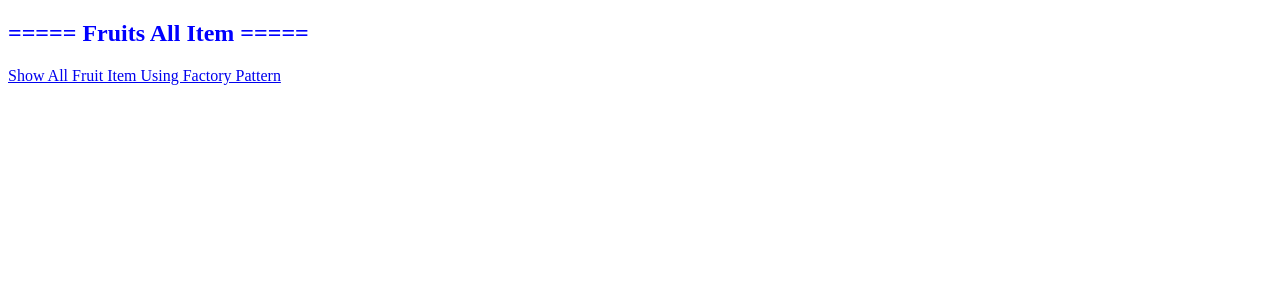
Repository: BaekDoHyeon/Kosta_04_FrontStudy
Page: http://localhost/workshop11/
These files come from the project's save history. The page is drawn as it stood at one moment and after the next save; the edit follows.
The browser window is 1280 px wide. The pictures show the whole page.
The page is served by Tomcat 9.

Above is the page before, as saved 2024-09-05 06:47:48.

After the next save:
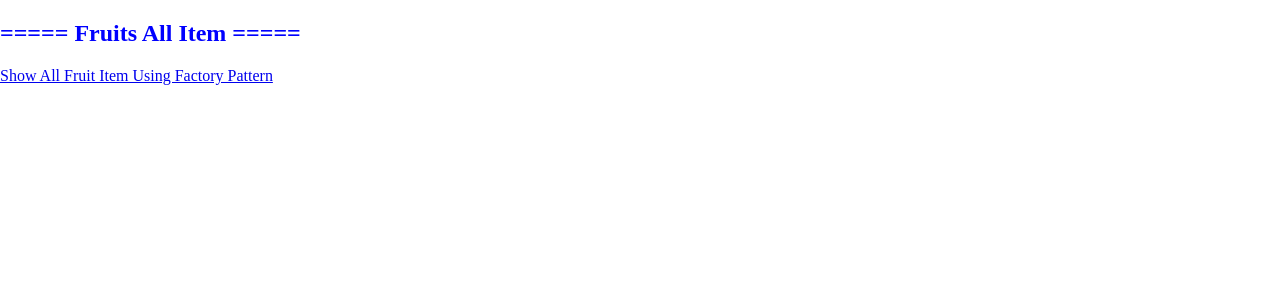
Saved 32 s later.
--- a/work05_BackEnd/workshop11/src/main/webapp/index.jsp
+++ b/work05_BackEnd/workshop11/src/main/webapp/index.jsp
@@ -7,7 +7,7 @@
 <title>Insert title here</title>
 <style type="text/css">
 	body {
-		align:center;
+		margin: 0 auto;
 	}
 </style>
 </head>
